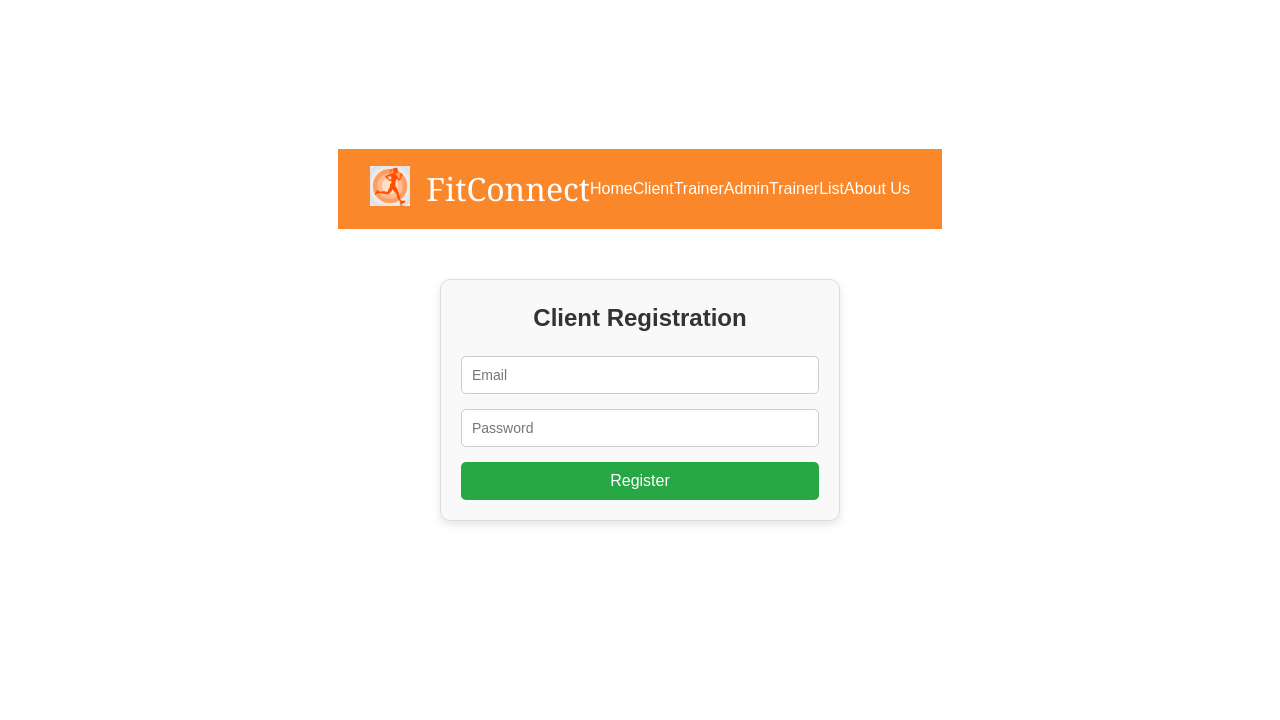
Repository: sarathraj2002/fitconnect
Page: /register (app in Frontend/)
These files come from the project's save history. The page is drawn as it stood at one moment and after a run of saves; the edit follows.
The browser window is 1280 px wide. The pictures show the whole page.
The project was rebuilt for these pictures with package versions that can differ from the ones it lists, and the page was loaded fresh each time. Also part of the build but not shown: Frontend/vite.config.js, Frontend/src/components/ClientPage.jsx, Frontend/src/components/TrainerPage.jsx, Frontend/src/components/AdminPage.jsx, Frontend/src/components/TrainerListPage.jsx, Frontend/src/components/AboutUs.jsx, Frontend/src/components/Footer.jsx, Frontend/src/components/Home.jsx and 1 more.

Above is the page before, as saved 2024-11-12 00:02:34.

### Frontend/index.html
<!doctype html>
<html lang="en">
  <head>
    <meta charset="UTF-8" />
    <link rel="icon" type="image/svg+xml" href="/vite.svg" />
    <meta name="viewport" content="width=device-width, initial-scale=1.0" />
    <title>FitConnect</title>
  </head>
  <body>
    <div id="root"></div>
    <script type="module" src="/src/main.jsx"></script>
  </body>
</html>

### Frontend/src/App.jsx
import React from 'react';
import { useState } from 'react'
import './App.css'
import { Route, Routes } from 'react-router-dom';
import NavBar from './components/NavBar';
import ClientPage from './components/ClientPage.jsx';
import TrainerPage from './components/TrainerPage';
import AdminPage from './components/AdminPage';
import TrainerListPage from './components/TrainerListPage';
import AboutUs from './components/AboutUs.jsx';
import Home from './components/Home.jsx';
import ClientRegister from './components/ClientRegister.jsx';
import Blog from './components/Blog.jsx';

function App() {
  const [count, setCount] = useState(0)

  return (
    <>


      <NavBar />
      <Routes>
        <Route path="/" element={<Home />}></Route>
        <Route path="/client" element={<ClientPage />}></Route>
        <Route path="/trainer" element={<TrainerPage />} ></Route>
        <Route path="/admin" element={<AdminPage />}></Route>
        <Route path="/trainerlist" element={<TrainerListPage />}></Route>
        <Route path="/about" element={<AboutUs />}></Route>
        <Route path="/register" element={<ClientRegister />}></Route>
        <Route path="/starthere" element={<Blog/>}></Route>
      </Routes>



    </>
  )
}

export default App

### Frontend/src/components/Navbar.jsx
import React from 'react';
import { Link } from 'react-router-dom';
import './navbar.css';
import { assets } from '../assets/assets';
const Navbar = () => {
  return (
     <nav className="navbar">
    {/* Logo */}
    <div className="navbar-logo">
      <img src={assets.logo} alt="Logo" />
    </div>
    <div className='head'>
      FitConnect
    </div>


        <Link to="/" style={{textDecoration:'none',color:'white'}}>Home</Link>
        <Link to="/client" style={{textDecoration:'none',color:'white'}}>Client</Link>
        <Link to="/trainer" style={{textDecoration:'none',color:'white'}}>Trainer</Link>
        <Link to="/admin" style={{textDecoration:'none',color:'white'}}>Admin</Link>
        <Link to="/trainerlist" style={{textDecoration:'none',color:'white'}}>TrainerList</Link>
        <Link to="/about" style={{textDecoration:'none',color:'white'}}>About Us</Link>

    </nav>
  );
};

export default Navbar;

### Frontend/src/components/ClientRegister.jsx
import React, { useState } from 'react';
import axios from 'axios';
import './ClientRegister.css';
import { useNavigate } from 'react-router-dom';

const GENDER_OPTIONS = ["Male", "Female", "Other"];
const FITNESS_LEVEL_OPTIONS = ["Beginner", "Intermediate", "Advanced"];
const ACTIVITY_LEVEL_OPTIONS = ["Sedentary", "Lightly Active", "Moderately Active", "Very Active"];
const LANGUAGE_OPTIONS = ["English", "Spanish", "French", "German", "Other"];

const ClientRegister = () => {
  const [formData, setFormData] = useState({
    email: '',
    password: '',
    gender: '',
    fitnessGoals: '',
    fitnessLevel: '',
    height: '',
    weight: '',
    dietaryPreferences: '',
    preferredWorkoutTypes: '',
    dailyActivityLevel: '',
    languagesSpoken: '',
    location:''
  });
  const [error, setError] = useState('');
  const [success, setSuccess] = useState('');
  const navigate = useNavigate();

  const handleInputChange = (e) => {
    const { name, value } = e.target;
    setFormData((prevState) => ({
      ...prevState,
      [name]: value
    }));
  };

  const handleRegister = async (e) => {
    e.preventDefault();
    try {

      const data = {
        username: formData.email,
        password: formData.password,
      };
      const response = await axios.post('http://localhost:5000/api/login/register', data);
      setSuccess('Registration successful! Please log in.');
      setError('');
      setFormData({
        email: '',
        password: '',
        gender: '',
        fitnessGoals: '',
        fitnessLevel: '',
        height: '',
        weight: '',
        dietaryPreferences: '',
        preferredWorkoutTypes: '',
        dailyActivityLevel: '',
        languagesSpoken: '',
        location: ''
     });

      setTimeout(() => {
        navigate('/client');
      }, 1000);
    } catch (err) {
      setError(err.response?.data?.message || 'Error during registration');
      setSuccess('');
    }
  };


  return (
    <div className="client-register-container">
      <h2>Client Registration</h2>
      <form onSubmit={handleRegister}>
        <input
          type="email"
          name="email"
          placeholder="Email"
          value={formData.email}
          onChange={handleInputChange}
          required
        />
        <input
          type="password"
          name="password"
          placeholder="Password"
          value={formData.password}
          onChange={handleInputChange}
          required
        />

        <button type="submit">Register</button>
        {error && <p style={{ color: 'red' }}>{error}</p>}
        {success && <p style={{ color: 'green' }}>{success}</p>}
      </form>
    </div>
  );
};

export default ClientRegister;

### Frontend/src/components/Navbar.css
* {
  margin: 0;
  padding: 0;
  box-sizing: border-box;
}

body {
  font-family: Arial, sans-serif;
}

.navbar {
  display: flex;
  align-items: center;
  justify-content: space-between;
  background-color: #fa8729;
  padding: 1rem 2rem;
  color: white;
  width: 100%;
}

.navbar-logo img {
  height: 40px;
  width: auto;
}

.head {
  font-size: xx-large;
  font-family: Georgia, 'Times New Roman', Times, serif;
  color: white;
  margin-left: 1rem;
}

.navbar-links {
  display: flex;
  gap: 1.5rem;
  list-style: none;
  margin-left: auto; /* Align links to the right */
}

.navbar-links a {
  text-decoration: none;
  color: white;
  font-size: 1rem;
  transition: color 0.3s ease;
}

.navbar-links a:hover {
  color: #ec7819;
}

.navbar-toggle {
  display: none;
  font-size: 1.5rem;
  color: white;
  cursor: pointer;
}

/* Mobile view adjustments */
@media (max-width: 768px) {
  .navbar {
      flex-direction: column;
      align-items: flex-start;
  }

  .navbar-links {
      display: none;
      flex-direction: column;
      width: 100%;
      background-color: #fa8729;
      position: absolute;
      top: 100%;
      left: 0;
      padding: 1rem 2rem;
      border-radius: 0;
  }

  .navbar-links.open {
      display: flex;
  }

  .navbar-toggle {
      display: block;
  }

  .head {
      margin-left: 0;
      margin-bottom: 1rem;
  }
}

### Frontend/src/assets/assets.js
import logo from './logo.png';
import head1 from './head1.png'

export const assets={
    logo,
    head1
};

### Frontend/src/components/ClientRegister.css
.client-register-container {
    max-width: 400px;
    margin: 50px auto;
    padding: 20px;
    border: 1px solid #ddd;
    border-radius: 10px;
    background-color: #f9f9f9;
    box-shadow: 0 4px 8px rgba(0, 0, 0, 0.1);
  }

  .client-register-container h2 {
    text-align: center;
    margin-bottom: 20px;
    color: #333;
  }

  .client-register-container form {
    display: flex;
    flex-direction: column;
  }

  .client-register-container input {
    margin-bottom: 15px;
    padding: 10px;
    border: 1px solid #ccc;
    border-radius: 5px;
    font-size: 14px;
  }

  .client-register-container button {
    background-color: #28a745;
    color: #fff;
    padding: 10px;
    border: none;
    border-radius: 5px;
    cursor: pointer;
    font-size: 16px;
    transition: background-color 0.3s;
  }

  .client-register-container button:hover {
    background-color: #218838;
  }

  .client-register-container p {
    margin-top: 10px;
    text-align: center;
    font-size: 14px;
  }

Loaded but not shown: Frontend/src/main.jsx (common file); Frontend/src/index.css (common file); Frontend/src/App.css (common file)

After the next 2 saves:
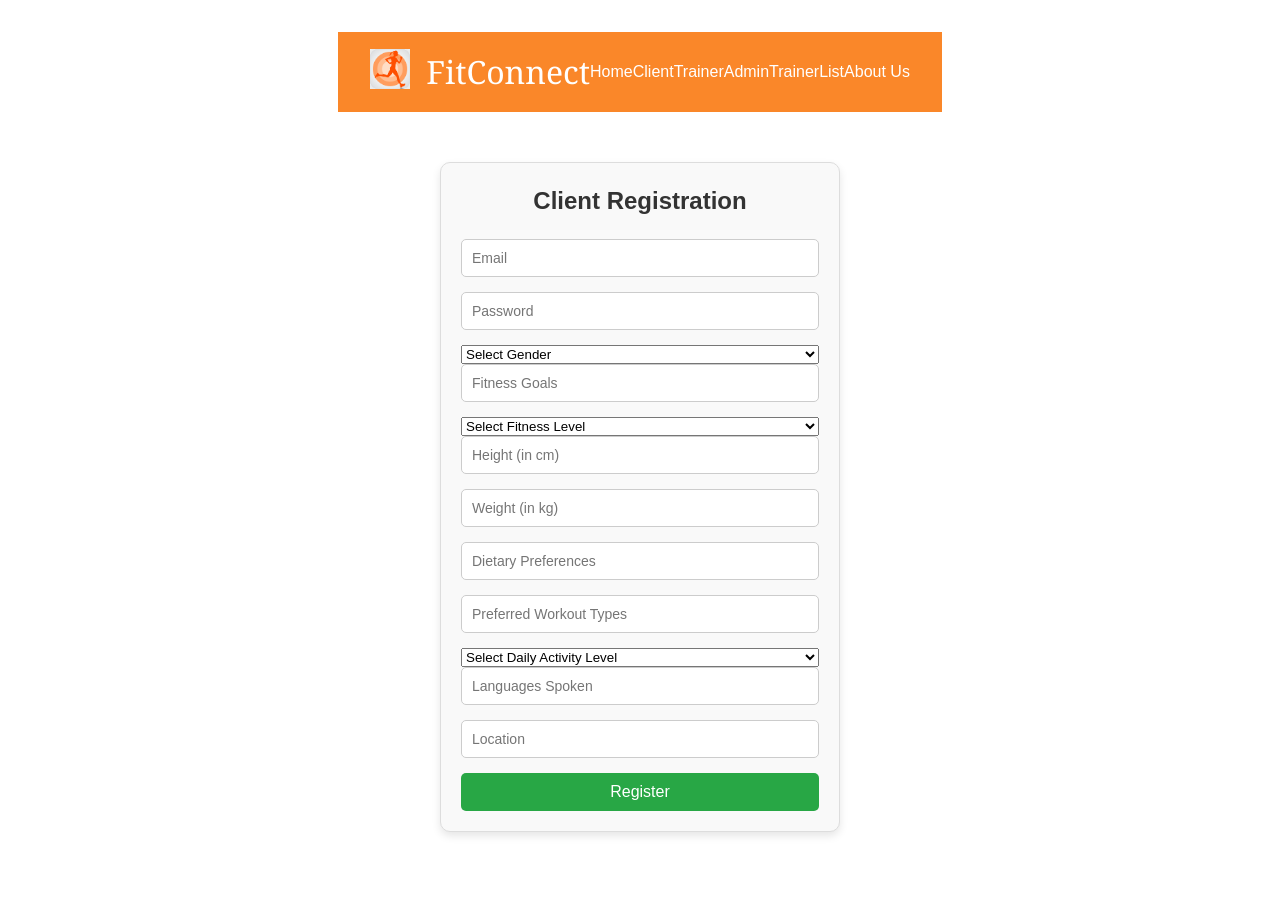
The 2 saves are shown as one change because they came seconds apart.
The last was saved 29 s later.
--- a/Frontend/src/components/ClientRegister.jsx
+++ b/Frontend/src/components/ClientRegister.jsx
@@ -91,6 +91,97 @@ const ClientRegister = () => {
           onChange={handleInputChange}
           required
         />
+          <select
+          name="gender"
+          value={formData.gender}
+          onChange={handleInputChange}
+          required
+        >
+          <option value="" disabled>Select Gender</option>
+          {GENDER_OPTIONS.map((option) => (
+            <option key={option} value={option}>
+              {option}
+            </option>
+          ))}
+        </select>
+        <input
+          type="text"
+          name="fitnessGoals"
+          placeholder="Fitness Goals"
+          value={formData.fitnessGoals}
+          onChange={handleInputChange}
+          required
+        />
+        <select
+          name="fitnessLevel"
+          value={formData.fitnessLevel}
+          onChange={handleInputChange}
+          required
+        >
+          <option value="" disabled>Select Fitness Level</option>
+          {FITNESS_LEVEL_OPTIONS.map((option) => (
+            <option key={option} value={option}>
+              {option}
+            </option>
+          ))}
+        </select>
+        <input
+          type="number"
+          name="height"
+          placeholder="Height (in cm)"
+          value={formData.height}
+          onChange={handleInputChange}
+          required
+        />
+        <input
+          type="number"
+          name="weight"
+          placeholder="Weight (in kg)"
+          value={formData.weight}
+          onChange={handleInputChange}
+          required
+        />
+        <input
+          type="text"
+          name="dietaryPreferences"
+          placeholder="Dietary Preferences"
+          value={formData.dietaryPreferences}
+          onChange={handleInputChange}
+        />
+        <input
+          type="text"
+          name="preferredWorkoutTypes"
+          placeholder="Preferred Workout Types"
+          value={formData.preferredWorkoutTypes}
+          onChange={handleInputChange}
+        />
+        <select
+          name="dailyActivityLevel"
+          value={formData.dailyActivityLevel}
+          onChange={handleInputChange}
+          required
+        >
+          <option value="" disabled>Select Daily Activity Level</option>
+          {ACTIVITY_LEVEL_OPTIONS.map((option) => (
+            <option key={option} value={option}>
+              {option}
+            </option>
+          ))}
+        </select>
+        <input
+          type="text"
+          name="languagesSpoken"
+          placeholder="Languages Spoken"
+          value={formData.languagesSpoken}
+          onChange={handleInputChange}
+        />
+        <input
+          type="text"
+          name="location"
+          placeholder="Location"
+          value={formData.location}
+          onChange={handleInputChange}
+        />
 
         <button type="submit">Register</button>
         {error && <p style={{ color: 'red' }}>{error}</p>}
